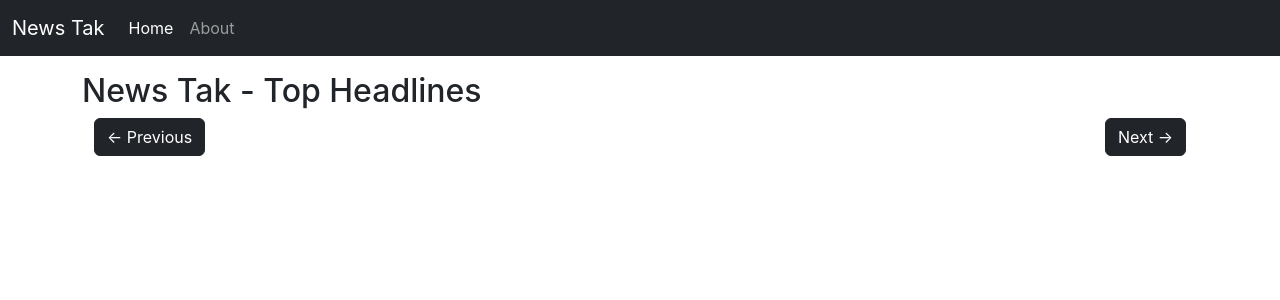
Repository: Rohit-foryou/News-website
Page: /
The author's editor kept a copy of each file at every save. The page is drawn from the files as they stood at one save, then again after a run of saves.
The browser window is 1280 px wide. The pictures show the whole page.
The page's requests for data from a server got no answer. The project was rebuilt for these pictures with package versions that can differ from the ones it lists, and the page was loaded fresh each time. No one was signed in, and anything a server would have sent is missing. Also part of the build but not shown: src/Components/NewsItem.js.

Above is the page before, as saved 2023-12-22 20:40:55.

After the next 3 saves:
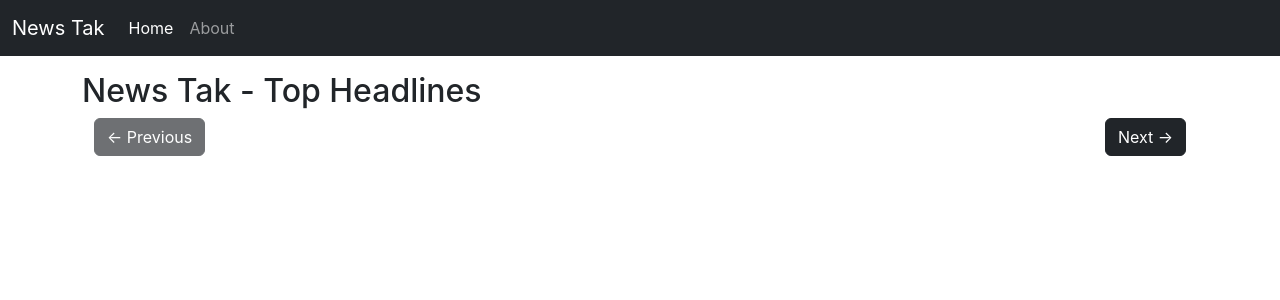
The 3 saves are shown as one change because 2 did not build or start.
The last was saved 12 min 8 s later.
--- a/src/Components/News.js
+++ b/src/Components/News.js
@@ -2,45 +2,91 @@ import React, { Component } from "react";
 import NewsItem from "./NewsItem";
 
 export class News extends Component {
-
   constructor() {
     super();
     console.log("hello i am constructor");
     this.state = {
       articles: [],
       loading: false,
-      page: 1
+      page: 1,
     };
   }
 
- async componentDidMount(){
-    let url = "https://newsapi.org/v2/top-headlines?country=in&apiKey=fa3dbec13bb44cd2a222250b4aea8871"
+  async componentDidMount() {
+    let url =
+      `https://newsapi.org/v2/top-headlines?country=in&apiKey=fa3dbec13bb44cd2a222250b4aea8871`;
     let data = await fetch(url);
-    let parsedData = await data.json()
-    console.log(parsedData)
-    this.setState({articles: parsedData.articles})
+    let parsedData = await data.json();
+    console.log(parsedData);
+    this.setState({
+        page: this.state.page + 1,
+        articles: parsedData.articles });
   }
+
+  handleNextClick = async () => {
+    let url =
+      `https://newsapi.org/v2/top-headlines?country=in&apiKey=fa3dbec13bb44cd2a222250b4aea8871=${this.state.page + 1}`;
+    let data = await fetch(url);
+    let parsedData = await data.json();
+    console.log(parsedData);
+    this.setState({ articles: parsedData.articles });
+
+    this.setState({
+      page: this.state.page + 1,
+    });
+  };
+
+  handlePrevClick = async () => {
+    let url =
+    `https://newsapi.org/v2/top-headlines?country=in&apiKey=fa3dbec13bb44cd2a222250b4aea8871=${this.state.page - 1}`;
+  let data = await fetch(url);
+  let parsedData = await data.json();
+  console.log(parsedData);
+  this.setState({ articles: parsedData.articles });
+
+  this.setState({
+    page: this.state.page + -1,
+  });
+  };
+
+
   render() {
     return (
       <div className="container my-3">
         <h2>News Tak - Top Headlines</h2>
 
         <div className="row">
-        {this.state.articles.map((element)=>{
-            return <div className="col-md-4" key={element.url}>
-            <NewsItem
-              title={element.title?element.title.slice(0,45):""}
-              description={element.description?element.description.slice(0,83):""}
-              imgUrl={element.urlToImage}
-              newsUrl = {element.url}
-            />
-          </div>
-        })}
-
+          {this.state.articles.map((element) => {
+            return (
+              <div className="col-md-4" key={element.url}>
+                <NewsItem
+                  title={element.title ? element.title.slice(0, 45) : ""}
+                  description={
+                    element.description ? element.description.slice(0, 83) : ""
+                  }
+                  imgUrl={element.urlToImage}
+                  newsUrl={element.url}
+                />
+              </div>
+            );
+          })}
         </div>
         <div className="container d-flex justify-content-between">
-            <button type="button" className="btn btn-dark">&larr; Previous</button>
-            <button type="button" className="btn btn-dark">Next &rarr;</button>
+          <button
+            disabled={this.state.page <= 1}
+            type="button"
+            className="btn btn-dark"
+            onClick={this.handlePrevClick}
+          >
+            &larr; Previous
+          </button>
+          <button
+            type="button"
+            className="btn btn-dark"
+            onClick={this.handleNextClick}
+          >
+            Next &rarr;
+          </button>
         </div>
       </div>
     );
